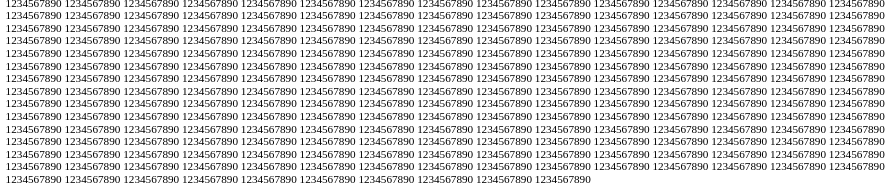
Repository: HongMW/study
Page: http://localhost/jsp01_basic/jsp03_process/jsp01_process.jsp
These files come from the project's save history. The page is drawn as it stood at one moment and after the next save; the edit follows.
The browser window is 1280 px wide. The pictures show the part of the page from y = 949 to 2869 px (the page is 1222 px tall before and 12022 px after), at 70% of full size.
The page is served by Tomcat 9.

Above is the page before, as saved 2022-12-12 04:23:40.

After the next save:
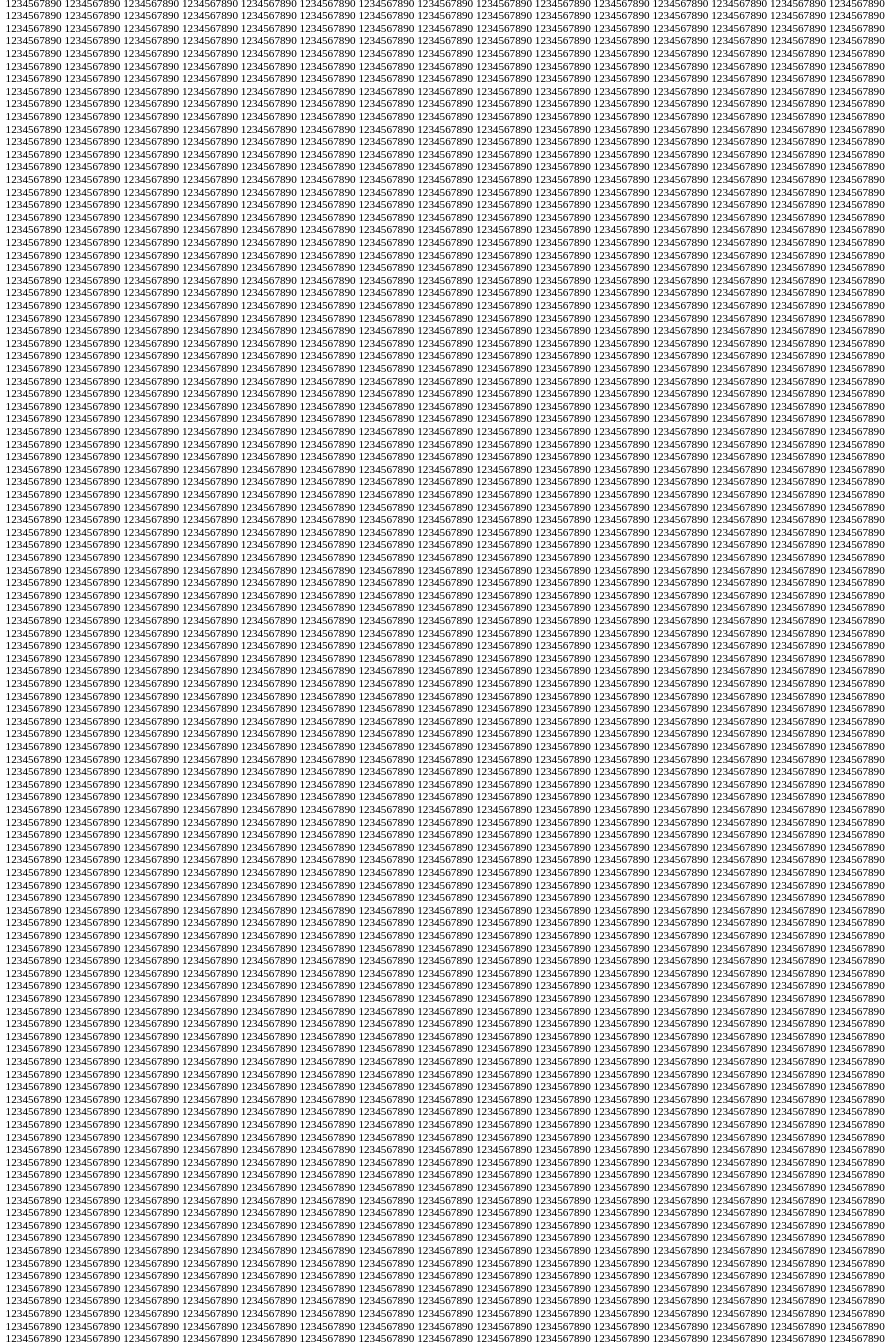
Saved 23 min 46 s later.
--- a/04.jsp/jsp01_basic/WebContent/jsp03_process/jsp01_process.jsp
+++ b/04.jsp/jsp01_basic/WebContent/jsp03_process/jsp01_process.jsp
@@ -13,7 +13,7 @@
 </head>
 <body>
 	<%
-		for(int i=0;i<1000;i++) {
+		for(int i=0;i<10000;i++) {
 	%>
 		1234567890
 	<%
